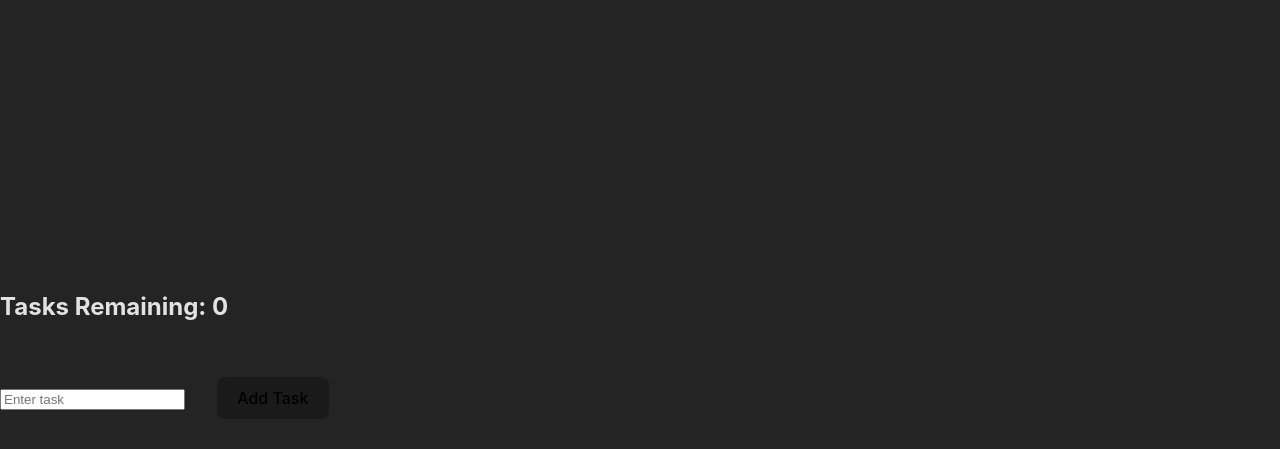
Repository: MelissaJacobi/frontend-assignment-4
Page: /
An editor plug-in stored every save of this project. The page is shown before and after the next save, followed by the edit.
The browser window is 1280 px wide. The pictures show the whole page.
The project was rebuilt for these pictures with package versions that can differ from the ones it lists, and the page was loaded fresh each time. Also part of the build but not shown: vite.config.js, src/App.css.

Above is the page before, as saved 2024-10-12 21:40:25.

### src/App.jsx
import React, { useState } from 'react';
import './App.css';

function TaskList() {
    const [tasks, setTasks] = useState([]);
    const [taskInput, setTaskInput] = useState('');

    const addTask = () => {
        if (!taskInput.trim()) {
            alert("Please enter a task!");
            return;
        }

        const newTask = { task: taskInput.trim(), completed: false };
        setTasks(prevTasks => [...prevTasks, newTask]);
        setTaskInput('');
    };

    const deleteTask = (index) => {
        setTasks(prevTasks => prevTasks.filter((_, i) => i !== index));
    };

    const toggleCompletion = (index) => {
        setTasks(prevTasks => prevTasks.map((task, i) =>
            i === index ? { ...task, completed: !task.completed } : task
        ));
    };

    const remainingTasks = tasks.filter(task => !task.completed).length;

    return (
        <div className="task-list-container">
            <h2>Tasks Remaining: {remainingTasks}</h2>
            <input
                type="text"
                placeholder="Enter task"
                value={taskInput}
                onChange={(e) => setTaskInput(e.target.value)}
            />
            <button onClick={addTask}>Add Task</button>

            <div id="taskList">
                {tasks.map((task, index) => (
                    <div key={index} className={`task ${task.completed ? 'completed' : ''}`}>
                        <input
                            type="checkbox"
                            checked={task.completed}
                            onChange={() => toggleCompletion(index)}
                        />
                        <span className="task-text">{task.task}</span>
                        <button onClick={() => deleteTask(index)} className="deleteButton">Delete</button>
                    </div>
                ))}
            </div>
        </div>
    );
}

export default TaskList;

### src/index.css
:root {
  font-family: Inter, system-ui, Avenir, Helvetica, Arial, sans-serif;
  line-height: 1.5;
  font-weight: 400;

  color-scheme: light dark;
  color: rgba(255, 255, 255, 0.87);
  background-color: #242424;
}

body {
  margin: 0;
  display: flex;
  place-items: center;
  min-width: 320px;
  min-height: 100vh;
}

h1 {
  font-size: 3.2em;
  line-height: 1.1;
}

button {
  border-radius: 8px;
  border: 1px solid transparent;
  padding: 0.6em 1.2em;
  font-size: 1em;
  font-weight: 500;
  font-family: inherit;
  background-color: #1a1a1a;
  cursor: pointer;
  transition: border-color 0.25s;
  margin: 2rem;
}
button:hover {
  border-color: #646cff;
}
button:focus,
button:focus-visible {
  outline: 4px auto -webkit-focus-ring-color;
}

Loaded but not shown: index.html (common file); src/main.jsx (common file)

After the next save:
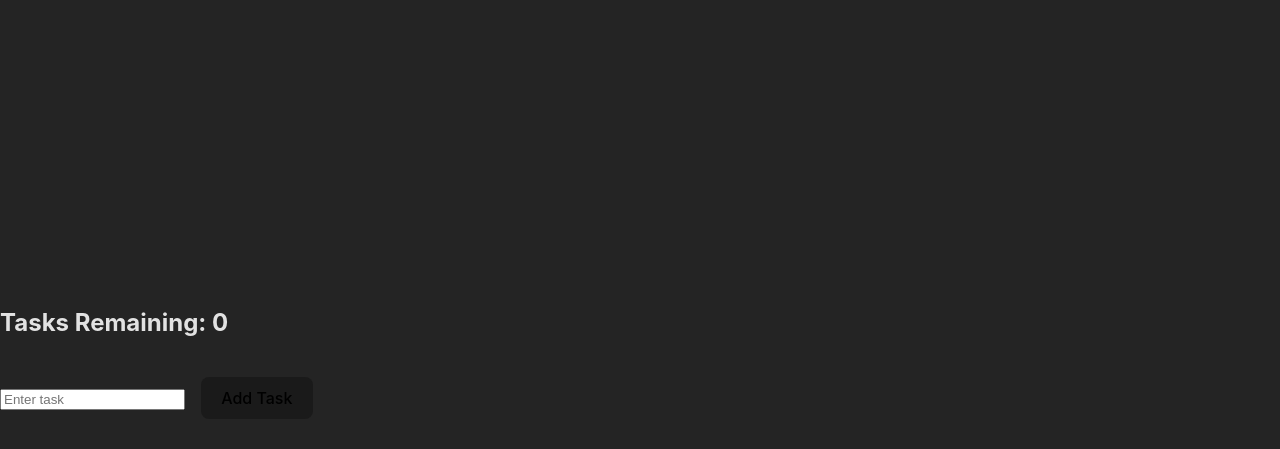
Saved 6 s later.
--- a/src/index.css
+++ b/src/index.css
@@ -31,7 +31,7 @@ button {
   background-color: #1a1a1a;
   cursor: pointer;
   transition: border-color 0.25s;
-  margin: 2rem;
+  margin: 1rem;
 }
 button:hover {
   border-color: #646cff;
